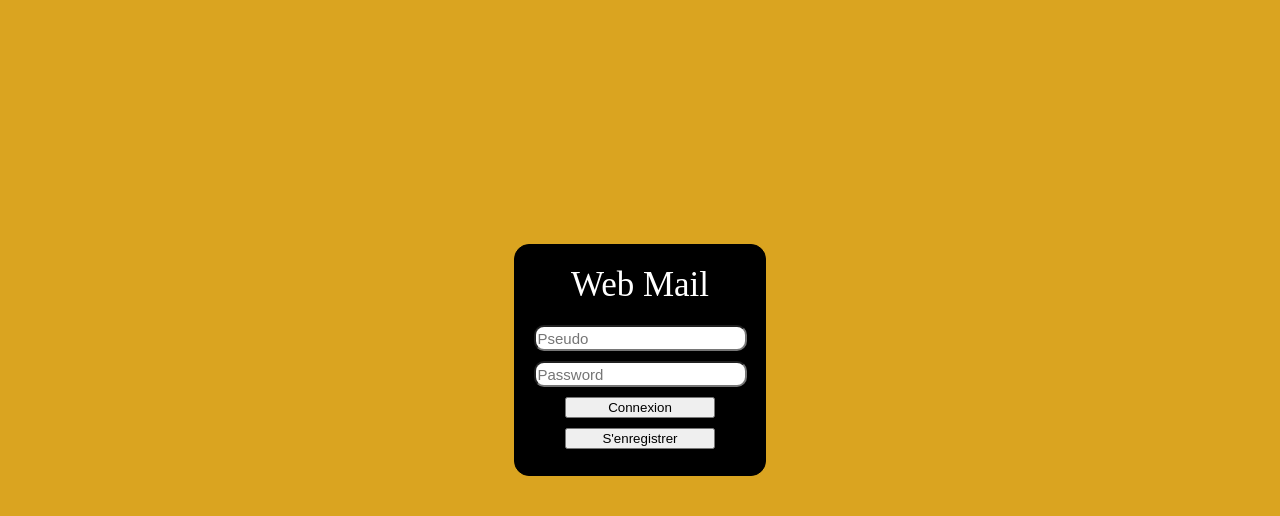
Repository: N1portekoi/JEE
Page: http://localhost/WebMail/Connexion
An editor plug-in stored every save of this project. The page is shown before and after the next save, followed by the edit.
The browser window is 1280 px wide. The pictures show the whole page.
The page is served by Tomcat 9. Other server files are loaded and not shown.

Above is the page before, as saved 2017-01-12 17:08:10.

### WebMail/WebContent/JSP/Connexion.jsp
<!DOCTYPE html>
<html>
<head>
<meta charset="utf-8">
<title>Web Mail - Connexion</title>
<link type="text/css" rel="stylesheet" href="CSS/Connexion.css" />
</head>
<body>
	<div id="main">
		<p>Web Mail</p>
		<form method="POST" action="Connexion">
			<input id="pseudo"     type="text"     name="pseudo"    placeholder="Pseudo"   maxlength="15">
			<input id="password"   type="password" name= "password" placeholder="Password" maxlength="15">
            <input type="submit"   value="Connexion" /><br />
		</form>
		<form method="GET" action="Enregistrement">
			<input type="submit"   value="S'enregistrer"/>
		</form>
	</div>
	<div id="message">
		${message}
	</div>
</body>
</html>

### WebMail/src/be/condorcet/servlets/ControleurConnexion.java
package be.condorcet.servlets;

import java.io.IOException;
import javax.servlet.ServletException;
import javax.servlet.annotation.WebServlet;
import javax.servlet.http.HttpServlet;
import javax.servlet.http.HttpServletRequest;
import javax.servlet.http.HttpServletResponse;
import javax.servlet.http.HttpSession;

import be.condorcet.beans.Utilisateur;
import be.condorcet.metiers.MetierConnexion;

@WebServlet("/Connexion")
public class ControleurConnexion extends HttpServlet {
	private static final long serialVersionUID = 1L;

    public ControleurConnexion() {
        super();
    }

    @Override
	protected void doGet(HttpServletRequest request, HttpServletResponse response) throws ServletException, IOException {
    	// Suppression de la session si existante
    	HttpSession session = request.getSession();
    	session.invalidate();
    	// Simple affichage de la page connexion
		getServletContext().getRequestDispatcher("/JSP/Connexion.jsp").forward( request, response );
	}

    @Override
	protected void doPost(HttpServletRequest request, HttpServletResponse response) throws ServletException, IOException {
    	String pseudo = request.getParameter("pseudo").trim();
		String password = request.getParameter("password").trim();
		MetierConnexion connexion = new MetierConnexion(pseudo, password);
		Utilisateur utilisateur = connexion.connexion();
		if(utilisateur != null) {
			HttpSession session = request.getSession();
			session.setAttribute("utilisateur", utilisateur);
			getServletContext().getRequestDispatcher("/Adresses").forward(request, response);
		}
		else {
			request.setAttribute("message", connexion.getMessage());
			getServletContext().getRequestDispatcher("/JSP/Connexion.jsp").forward( request, response );
		}
	}
}

### WebMail/WebContent/CSS/Connexion.css
body
{
	background-color : #daa420;
}

#main
{
	border : black 1px solid;
	background-color : #000000;
	height : 230px;
	width : 250px;
	margin-left: auto;
	margin-right: auto;
	margin-top: 50vh;
  	transform: translateY(-50%);
  	border-radius : 15px;
}

#message
{
	display: inline-block;
	background-color : #000000;
	color : #ffffff;
	text-align : center;
	position : absolute;
	top : 50px;
	left : 50px;
}

p
{
	text-align : center;
	font-size : 35px;
	margin-top : 20px;
	margin-bottom : 20px;
	color : #ffffff;
}

form
{
	text-align : center;
}

input
{
	margin-bottom : 10px;
}

input[type="text"], input[type="password"]
{
	border-radius : 10px;
	width : 205px;
	height : 20px;
	font-size : 15px;
}

input[type="submit"]
{
	width : 150px;
}

td
{
	width : 150px;
}

After the next save:
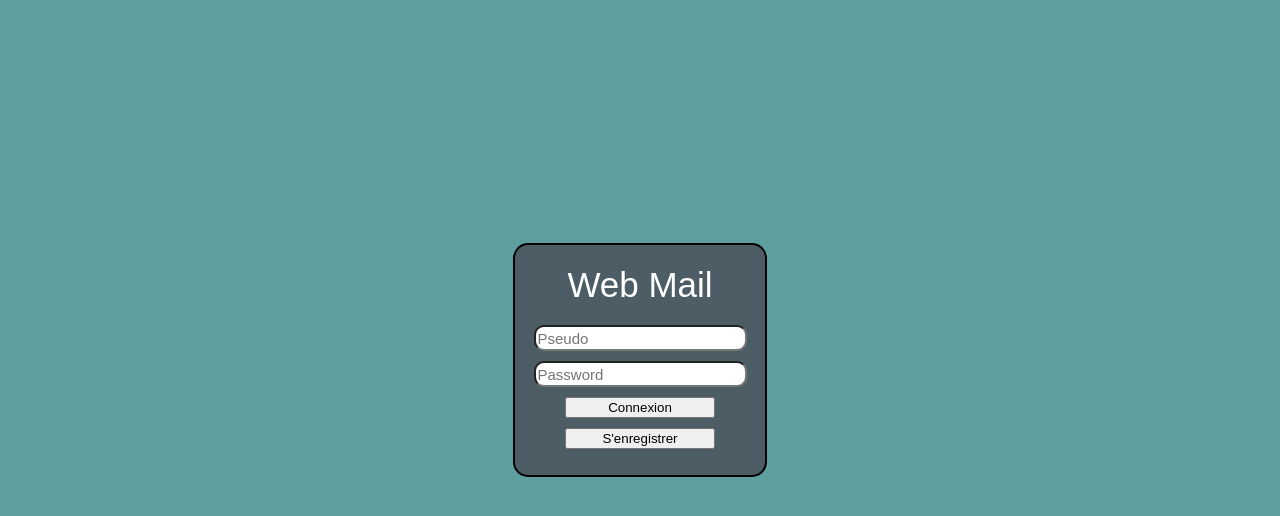
Saved 46 s later.
--- a/WebMail/WebContent/CSS/Connexion.css
+++ b/WebMail/WebContent/CSS/Connexion.css
@@ -1,12 +1,13 @@
 body
 {
-	background-color : #daa420;
+	background-color : #5F9F9F;
+	font-family: Arial;
 }
 
 #main
 {
-	border : black 1px solid;
-	background-color : #000000;
+	border : black 2px solid;
+	background-color : #4c5d65;
 	height : 230px;
 	width : 250px;
 	margin-left: auto;
